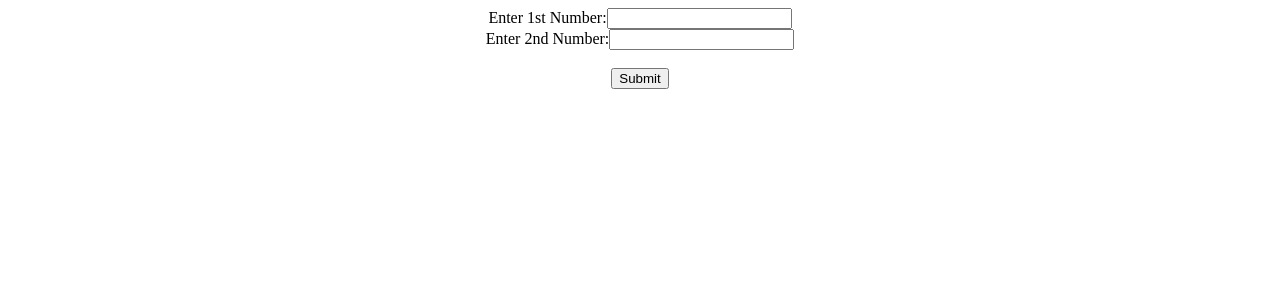
Repository: prathamesh-coditas/Servlet
Page: DemoApp/src/main/webapp/index.html
An editor plug-in stored every save of this project. The page is shown before and after the next save, followed by the edit.
The browser window is 1280 px wide. The pictures show the whole page.

Above is the page before, as saved 2022-03-03 07:39:23.

After the next save:
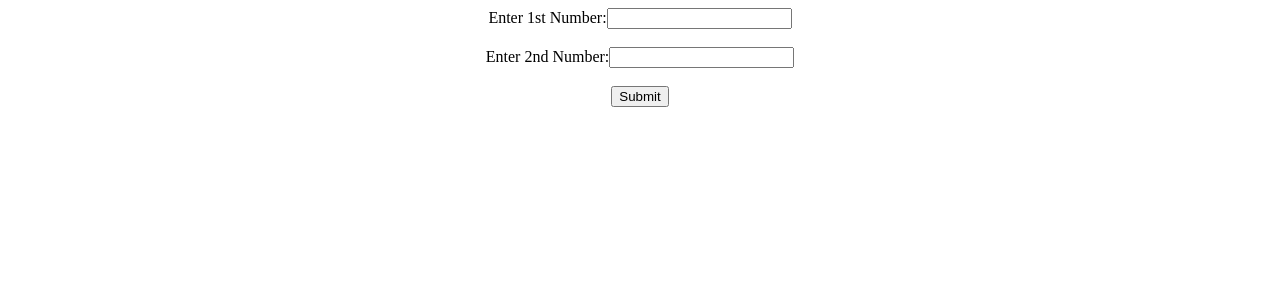
Saved 17 s later.
--- a/DemoApp/src/main/webapp/index.html
+++ b/DemoApp/src/main/webapp/index.html
@@ -3,7 +3,7 @@
 <body>
 <form action="add">
 <center>
-Enter 1st Number:<input type="text" name="num1"><br>
+Enter 1st Number:<input type="text" name="num1"><br><br>
 Enter 2nd Number:<input type="text" name="num2"><br><br>
 <input type="submit">
 </center>
